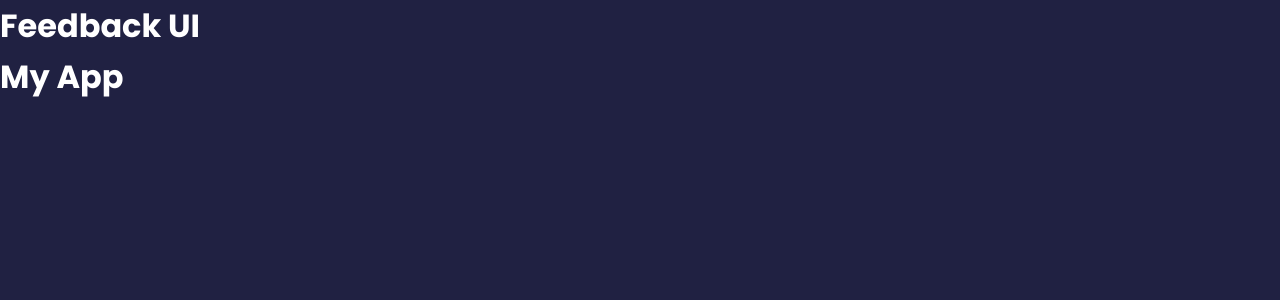
Repository: haokiet2501/feedback-app
Page: /
The author's editor kept a copy of each file at every save. The page is drawn from the files as they stood at one save, then again after a run of saves.
The browser window is 1280 px wide. The pictures show the whole page.
The project was rebuilt for these pictures with package versions that can differ from the ones it lists, and the page was loaded fresh each time.

Above is the page before, as saved 2022-02-23 09:02:57.

### public/index.html
<!DOCTYPE html>
<html lang="en">
  <head>
    <meta charset="utf-8" />
    <link rel="icon" href="%PUBLIC_URL%/favicon.ico" />
    <meta name="viewport" content="width=device-width, initial-scale=1" />
    <meta name="theme-color" content="#000000" />
    <meta
      name="description"
      content="Web site created using create-react-app"
    />
    <link rel="apple-touch-icon" href="%PUBLIC_URL%/logo192.png" />

    <link rel="manifest" href="%PUBLIC_URL%/manifest.json" />

    <title>Feedback App</title>
  </head>
  <body>
    <noscript>You need to enable JavaScript to run this app.</noscript>
    <div id="root"></div>

  </body>
</html>

### src/index.js
import React from 'react'
import ReactDOM from 'react-dom'
import App from './App'
import './index.css'
ReactDOM.render (
    <React.StrictMode>
        <App />
    </React.StrictMode>,
    document.getElementById('root')
)

### src/App.js
import Header from "./components/Header"

function App() {
    return (
        <>
            <Header bgColor='red' textColor='blue' />
            <div className="contianer">
                <h1>My App</h1>
            </div>
        </>
    )
}

export default App

### src/components/Header.jsx
import React from 'react'
import ProTypes from 'prop-types'

const Header = ({ text, bgColor, textColor }) => {
  return (
    <div>
        <h1>{text}</h1>
    </div>
  )
}

Header.defaultProps = {
    text: 'Feedback UI',
}

Header.proTypes = {
    text: ProTypes.string,
}

export default Header

Loaded but not shown: src/index.css (common file)

After the next 3 saves:
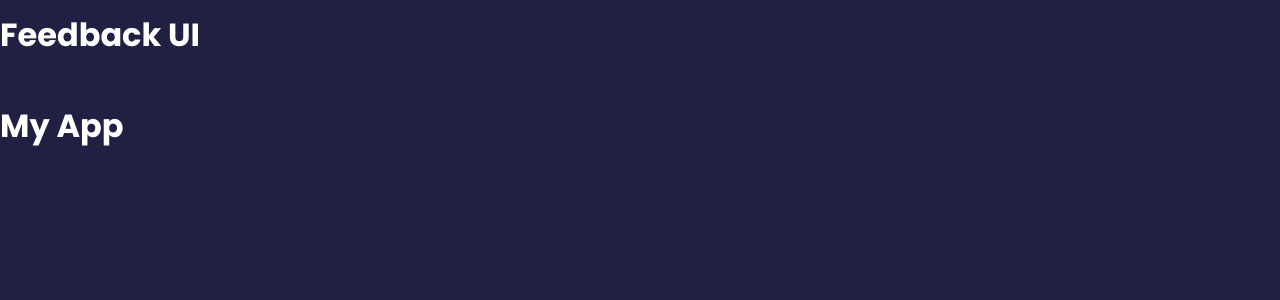
The 3 saves are shown as one change because they came seconds apart.
The last was saved 38 s later.
--- a/src/components/Header.jsx
+++ b/src/components/Header.jsx
@@ -3,9 +3,10 @@ import ProTypes from 'prop-types'
 
 const Header = ({ text, bgColor, textColor }) => {
   return (
-    <div>
+    <header>
+
         <h1>{text}</h1>
-    </div>
+    </header>
   )
 }
 
